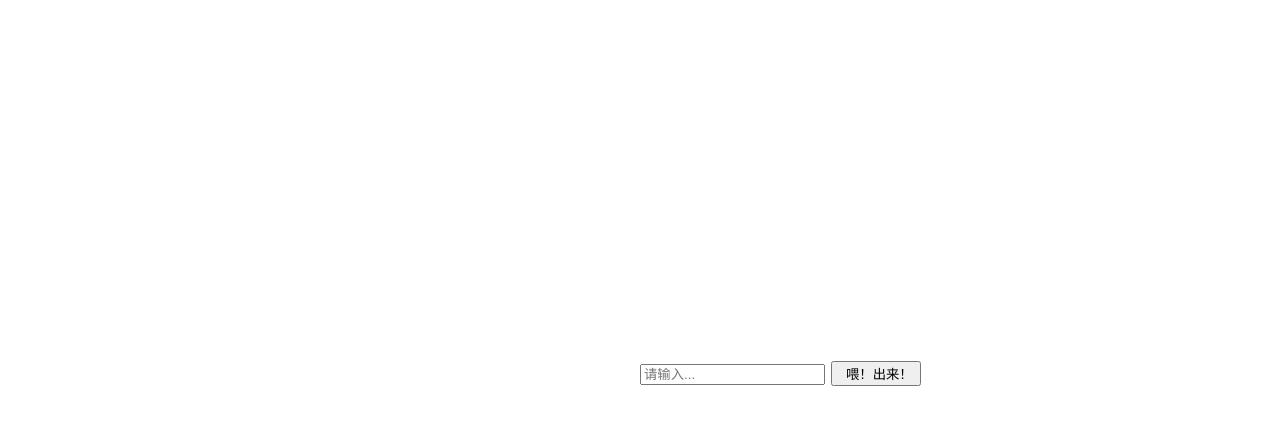
Repository: StarunneR/one-page
Page: index.html
These files come from the project's save history. The page is drawn as it stood at one moment and after the next save; the edit follows.
The browser window is 1280 px wide. The pictures show the whole page.

Above is the page before, as saved 2022-01-08 18:39:38.

### index.html
<!doctype html>
<html lang="zh">

<head>
    <meta charset="utf-8" />
    <title>浊池留言板</title>
    <script src="waline/waline.js"></script>
    <link rel="shortcut icon" href="./favicon.ico" />
    <link href="static/css/main.css" rel="stylesheet" type="text/css" />
</head>

<body>
    <div class="front_page">
        <input type="text" placeholder="请输入..." name="" id="page" value="" />
        <button onclick="visit()">&nbsp;&nbsp;喂！出来！</button>
        <script>
            function visit() {
                window.location.href = document.getElementById("page").value;
            };
        </script>
    </div>
</body>

</html>

### static/css/main.css
body {
  margin: auto;
  padding: auto;
  font-family: -apple-system, BlinkMacSystemFont, "Segoe UI", "Roboto", "Oxygen",
    "Ubuntu", "Cantarell", "Fira Sans", "Droid Sans", "Helvetica Neue",
    sans-serif;
  -webkit-font-smoothing: antialiased;
  -moz-osx-font-smoothing: grayscale;
}
a {
  text-decoration: none;
  color: #000;
}
.app {
  background: #c0edc6;
  max-width: 720px;
  margin: 0 auto;
  padding-bottom: 2rem;
}
.app__header {
  font-size: 1.2rem;
  color: #2e352e;
  border-top: 1px solid transparent;
  border-bottom: 1px solid transparent;
  box-sizing: border-box;
}
html {
  font-size: 14px;
}
@media screen and (min-width: 321px) and (max-width: 375px) {
  html {
    font-size: 14px;
  }
body {
    text-align: center;
    min-height: 0px;
}

}
@media screen and (min-width: 376px) and (max-width: 414px) {
  html {
    font-size: 15px;
  }
}
@media screen and (min-width: 415px) and (max-width: 639px) {
  html {
    font-size: 16px;
  }
}
@media screen and (min-width: 640px) and (max-width: 719px) {
  html {
    font-size: 17px;
  }
}
@media screen and (min-width: 720px) and (max-width: 749px) {
  html {
    font-size: 18px;
  }
}
@media screen and (min-width: 750px) and (max-width: 799px) {
  html {
    font-size: 20px;
  }
}
@media screen and (min-width: 800px) {
  html {
    font-size: 20px;
  }
}
.front_page {
  position: absolute;
  top: 50%;
  left: 50%;
  text-align: center;
}

Loaded but not shown: waline/waline.js (library)

After the next save:
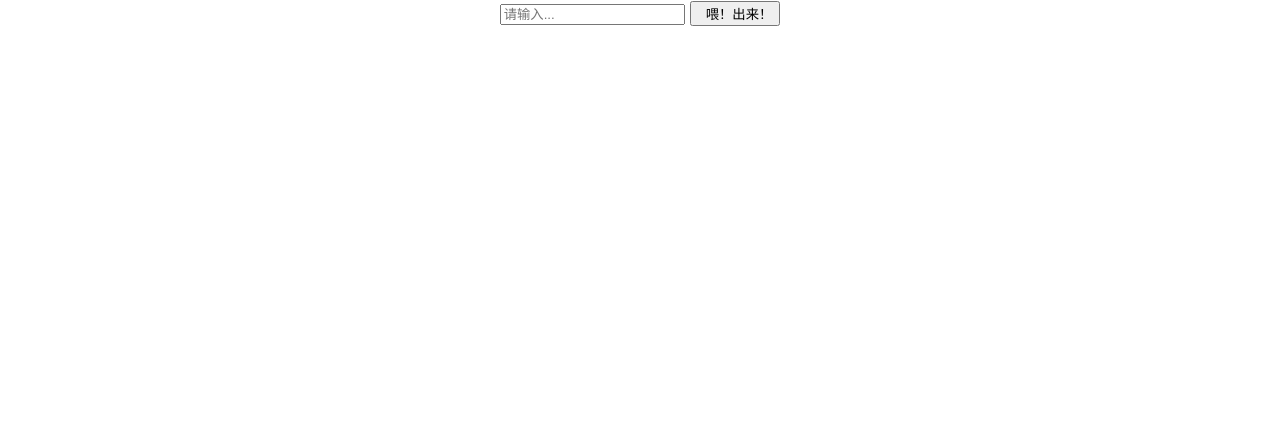
Saved 77 s later.
--- a/static/css/main.css
+++ b/static/css/main.css
@@ -68,8 +68,6 @@ body {
   }
 }
 .front_page {
-  position: absolute;
-  top: 50%;
-  left: 50%;
   text-align: center;
+  margin: auto;
 }
